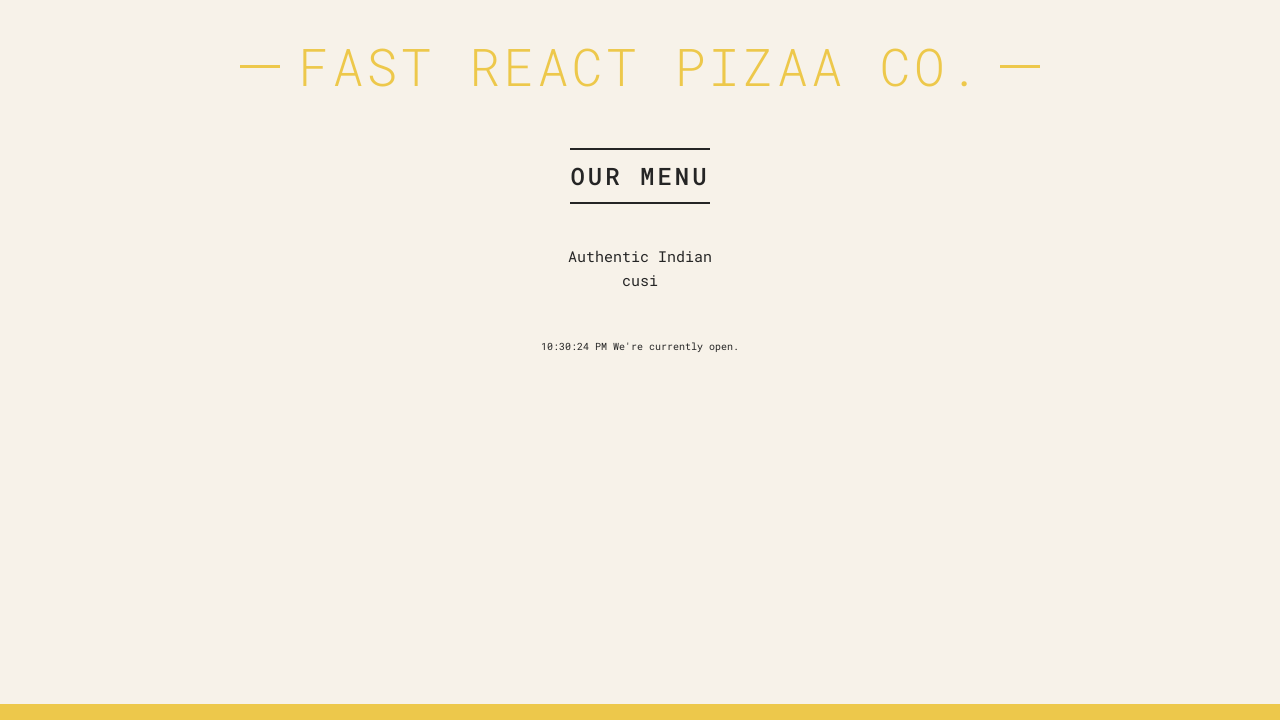
Repository: balaji-ummadisetty/reactPropsPractice
Page: /
These files come from the project's save history. The page is drawn as it stood at one moment and after a run of saves; the edit follows.
The browser window is 1280 px wide. The pictures show the whole page.
The project was rebuilt for these pictures with package versions that can differ from the ones it lists, and the page was loaded fresh each time. Also part of the build but not shown: vite.config.js, src/index.css.

Above is the page before, as saved 2024-05-08 22:50:49.

After the next 30 saves:
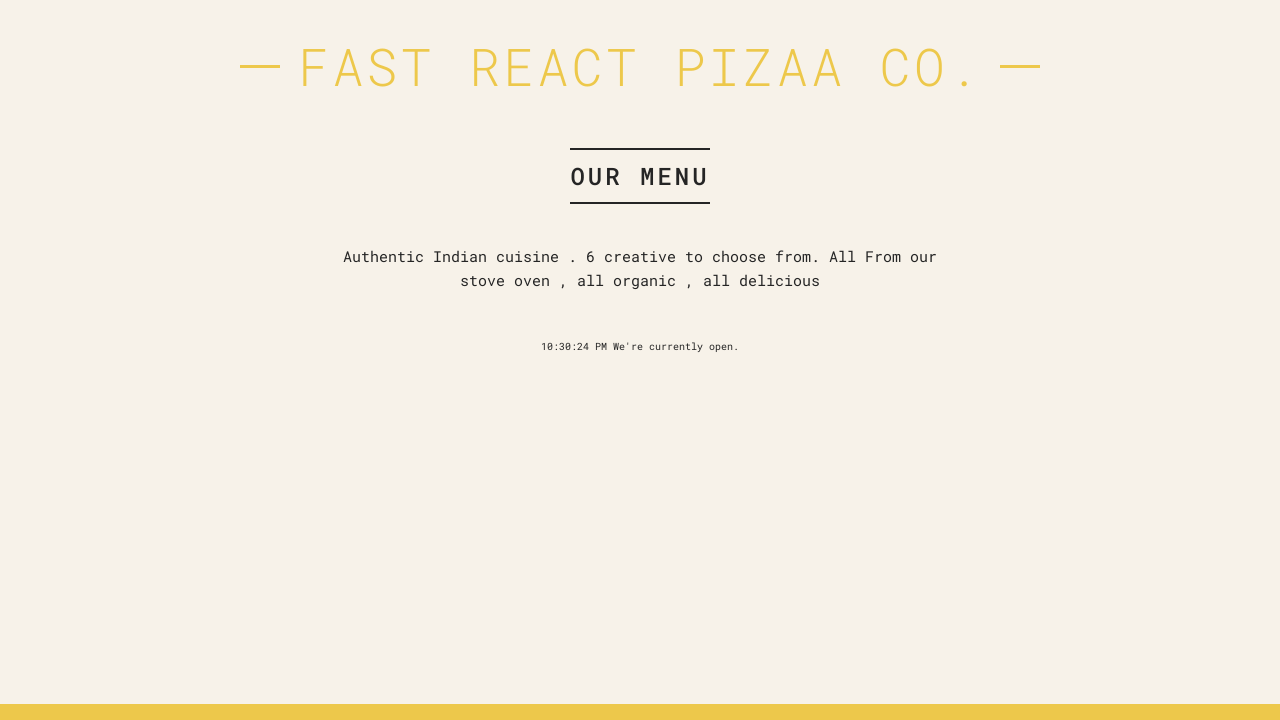
The 30 saves are shown as one change because they came seconds apart.
The last was saved 35 s later.
--- a/src/App.jsx
+++ b/src/App.jsx
@@ -24,7 +24,7 @@ const Menu =()=>{
     return (
         <main className="menu" >
         <h2>Our menu</h2>
-        <p>Authentic Indian cusi</p>
+        <p>Authentic Indian cuisine . 6 creative to choose from. All From our stove oven , all organic , all delicious</p>
         </main>
     )
 }
